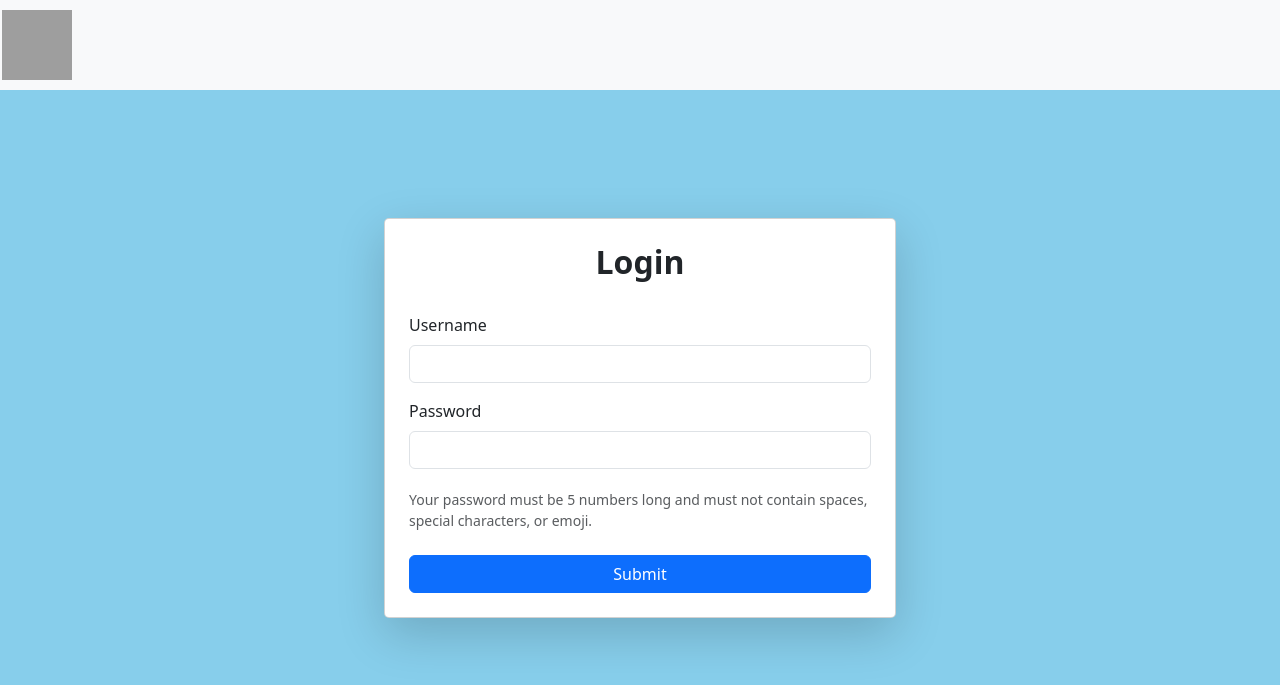
Repository: sarathraj2002/todo-list
Page: login.html
An editor plug-in stored every save of this project. The page is shown before and after the next save, followed by the edit.
The browser window is 1280 px wide. The pictures show the whole page.
Pictures or frames that could not be fetched are drawn as grey boxes.

Above is the page before, as saved 2024-09-05 12:06:46.

### login.html
<!DOCTYPE html>
<html lang="en">
<head>
    <meta charset="UTF-8">
    <meta name="viewport" content="width=device-width, initial-scale=1.0">
    <title>login</title>
    <link rel="stylesheet" href="bootstrap.min.css">
    <link rel="stylesheet" href="style.css">
</head>
<body>

    <nav class="navbar navbar-expand-lg bg-body-tertiary">
        <div class="container-fluid">
            <img src="https://play-lh.googleusercontent.com/92xIZAW-mdwucFX1v8kyTXlLVgZfLczHv8XCVOH1tFc0M3cTRI4q9qJLUM96PqCrgWjc" height="70px" width="70px">
          <a class="navbar-brand" href="#"></a>
          <button class="navbar-toggler" type="button" data-bs-toggle="collapse" data-bs-target="#navbarNav" aria-controls="navbarNav" aria-expanded="false" aria-label="Toggle navigation">
            <span class="navbar-toggler-icon"></span>
          </button>

        </div>
      </nav>

    <form class="form card shadow-lg p-4">
        <h2 style="text-align: center;"><b>Login</b></h2>
        <br>
        <div class="mb-3">
          <label for="exampleInputUsername1" class="form-label">Username</label>
          <input type="test" class="form-control" id="username" >

        </div>
        <div class="mb-3 ">
          <label for="exampleInputPassword1" class="form-label">Password</label>
          <input type="password" class="form-control" id="password">
        </div>
        <div id="passwordHelpBlock" class="form-text">
            Your password must be 5 numbers long and must not contain spaces, special characters, or emoji.
          </div>
          <br>

        <button type="submit" class="btn btn-primary">Submit</button>
      </form>

    <script src="script.js"></script>
</body>
</html>

### style.css
body{
    background-color: skyblue;
    background-size: cover;
}
/* .container{
    height: 100px;
    padding-top: 10%;
border-color: black;
border: 1px; */

.form{
    height: 100%;
    width: 40%;
    padding: 20px;
    /* border-color: black; */

    margin-left: 30%;
    border-radius: 5px;
    background-color: white;
    margin-top: 10%;



}
.container-fluid{
    width: 100%;
    padding: 2px;
}

Loaded but not shown: bootstrap.min.css (library); script.js (no stored copy; drawn as an empty file)

After the next save:
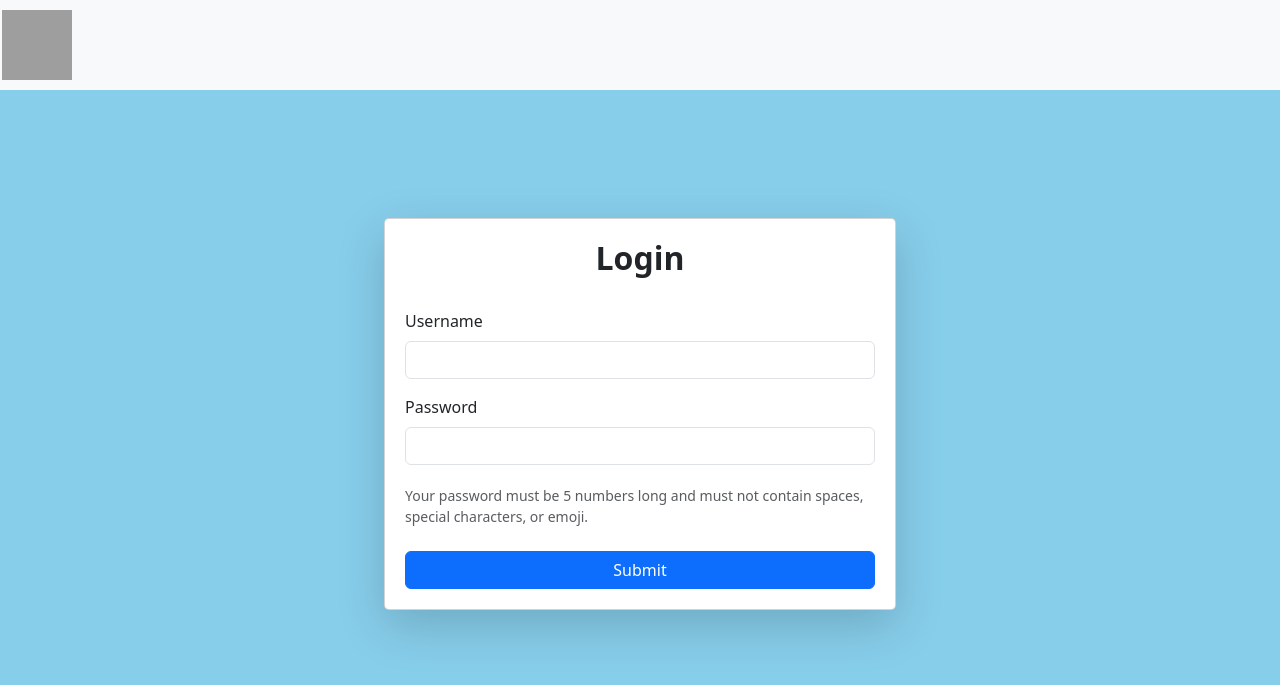
Saved 45 s later.
--- a/login.html
+++ b/login.html
@@ -20,7 +20,7 @@
         </div>
       </nav>
 
-    <form class="form card shadow-lg p-4">
+    <form class="form card shadow-lg p-6">
         <h2 style="text-align: center;"><b>Login</b></h2>
         <br>
         <div class="mb-3">
